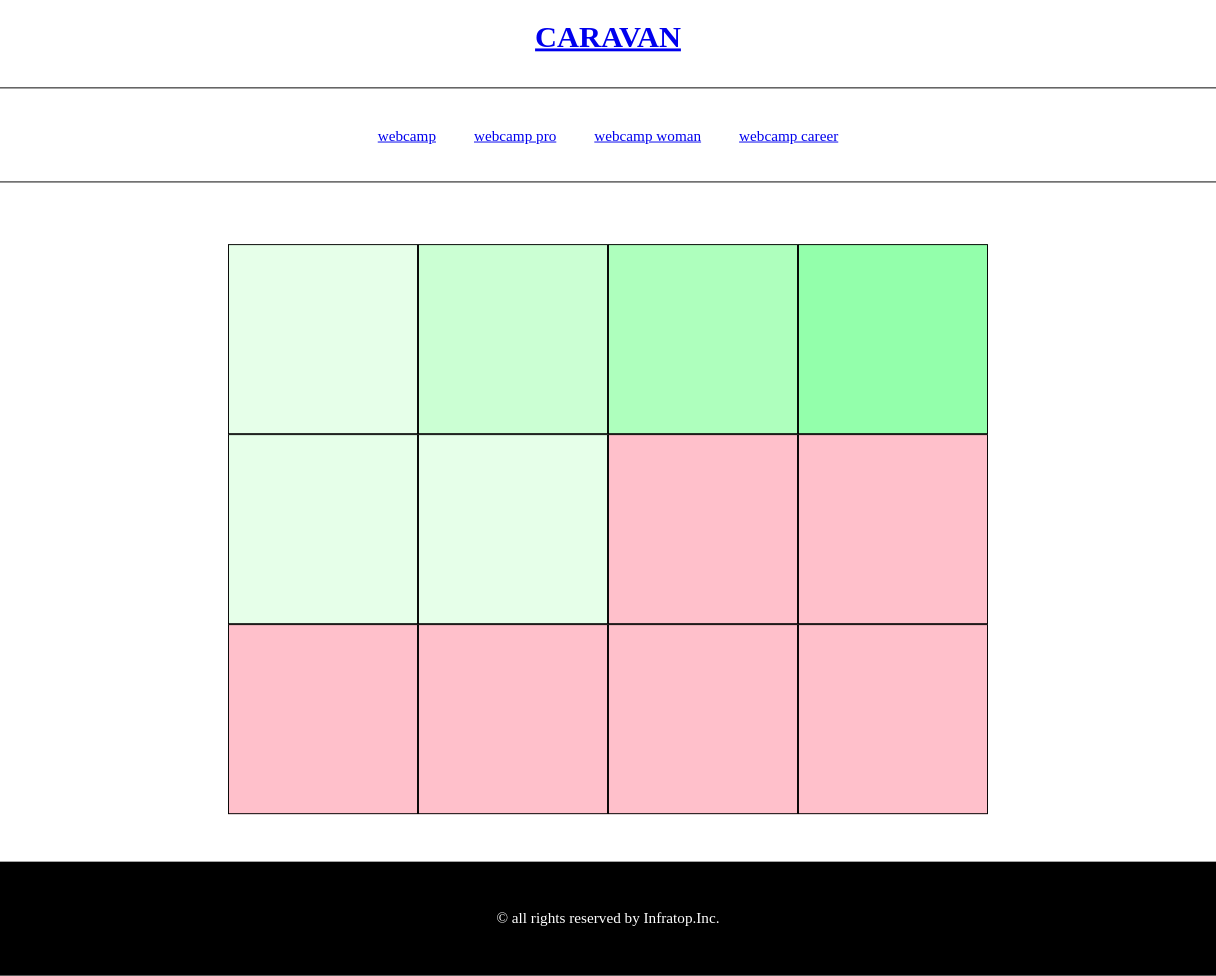
Repository: yukito7878/HTML-CSS-practice
Page: caravan/index5.html
The author's editor kept a record of every edit. The page is drawn from the files as they stood at one moment, then again after the next edit.
The browser window is 1280 px wide. The pictures show the whole page, at 95% of full size.

Above is the page before.

After the next edit:
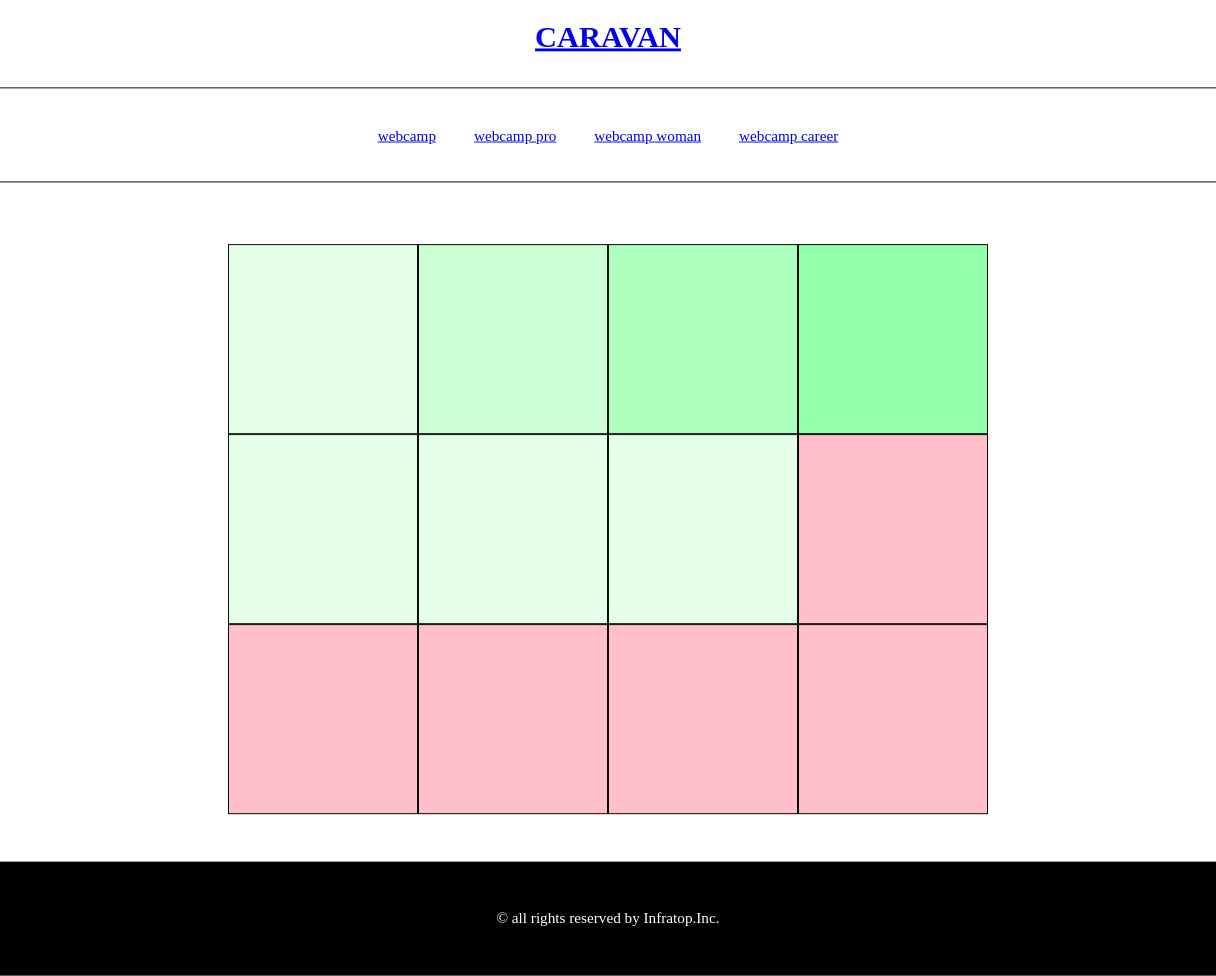
The edit:
--- a/caravan/style5.css
+++ b/caravan/style5.css
@@ -73,7 +73,7 @@
 .row1column1{
   background-color: #e6ffe9;
 }
-.row0column0{
+.row1column2{
   background-color: #e6ffe9;
 }
 .row0column0{
